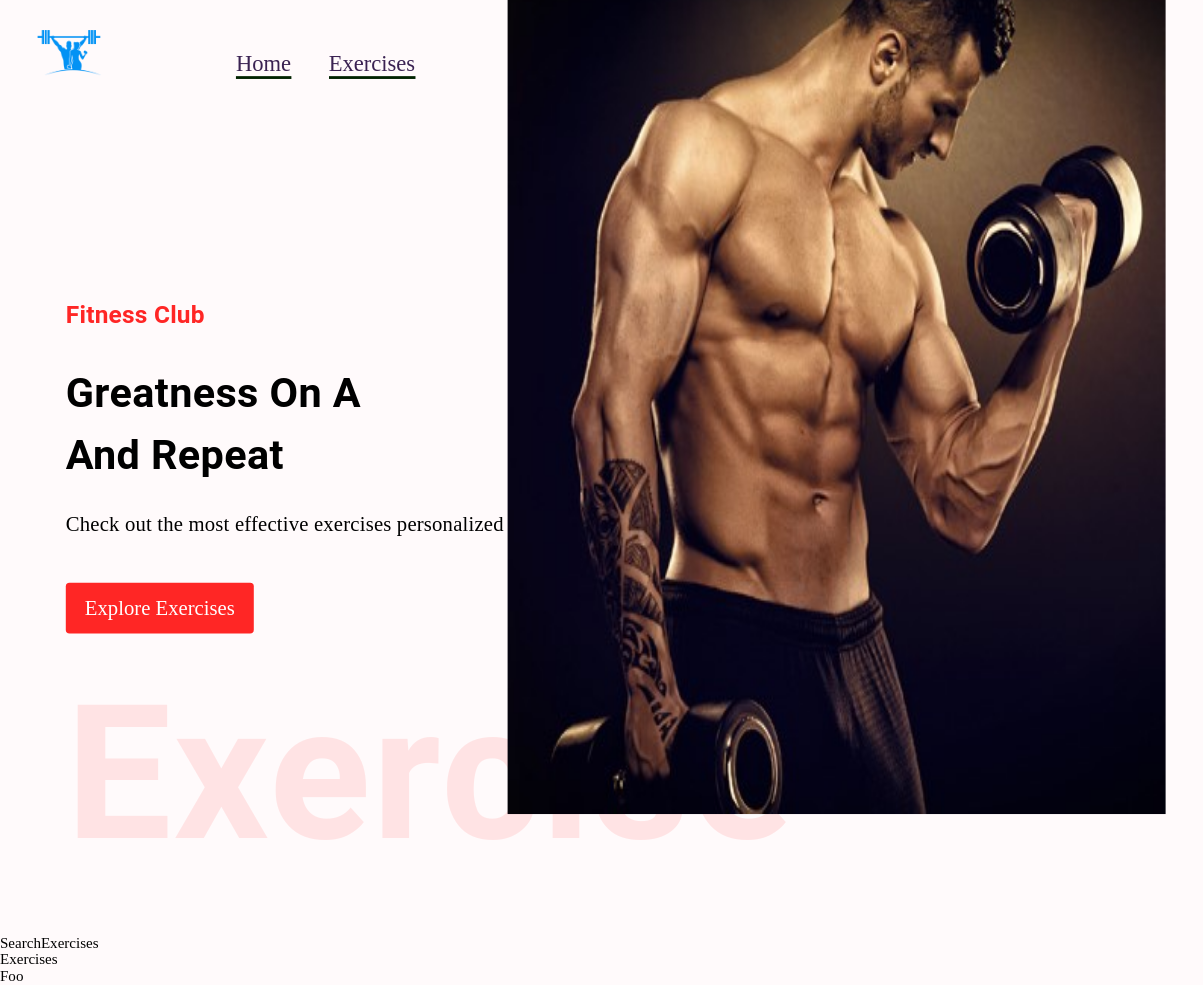
Repository: MhlengiNgubane/Workout-App
Page: /
These files come from the project's save history. The page is drawn as it stood at one moment and after a run of saves; the edit follows.
The browser window is 1280 px wide. The pictures show the whole page, at 94% of full size.
The project was rebuilt for these pictures with package versions that can differ from the ones it lists, and the page was loaded fresh each time. Also part of the build but not shown: src/pages/ExerciseDetail.js.

Above is the page before, as saved 2022-07-31 19:57:26.

### public/index.html
<!DOCTYPE html>
<html lang="en">
  <head>
    <meta charset="utf-8" />
    <link rel="icon" href="%PUBLIC_URL%/favicon.ico" />
    <meta name="viewport" content="width=device-width, initial-scale=1" />
    <meta name="theme-color" content="#000000" />
    <meta
      name="description"
      content="Web site created using create-react-app"
    />
    <link rel="apple-touch-icon" href="%PUBLIC_URL%/logo192.png" />
    <!--
      manifest.json provides metadata used when your web app is installed on a
      user's mobile device or desktop. See https://developers.google.com/web/fundamentals/web-app-manifest/
    -->
    <link rel="manifest" href="%PUBLIC_URL%/manifest.json" />
    <!--
      Notice the use of %PUBLIC_URL% in the tags above.
      It will be replaced with the URL of the `public` folder during the build.
      Only files inside the `public` folder can be referenced from the HTML.

      Unlike "/favicon.ico" or "favicon.ico", "%PUBLIC_URL%/favicon.ico" will
      work correctly both with client-side routing and a non-root public URL.
      Learn how to configure a non-root public URL by running `npm run build`.
    -->
    <title>MSN GYM</title>
  </head>
  <body>
    <noscript>You need to enable JavaScript to run this app.</noscript>
    <div id="root"></div>
    <!--
      This HTML file is a template.
      If you open it directly in the browser, you will see an empty page.

      You can add webfonts, meta tags, or analytics to this file.
      The build step will place the bundled scripts into the <body> tag.

      To begin the development, run `npm start` or `yarn start`.
      To create a production bundle, use `npm run build` or `yarn build`.
    -->
  </body>
</html>

### src/index.js
import React from 'react';
import ReactDOM from 'react-dom';
import App from './App';
import { BrowserRouter } from 'react-router-dom';

const root = ReactDOM.createRoot(document.getElementById('root'));

root.render(
    <React.StrictMode>
      <BrowserRouter>
        <App />
      </BrowserRouter>
    </React.StrictMode>,
  );

### src/components/Navbar.js
import React from 'react';
import { Link } from 'react-router-dom';
import { Stack } from '@mui/material';
import Logo from '../assets/images/Logo.png';

const Navbar = () => (
    <Stack direction="row" justifyContent="space-around" sx={{ gap: { sm: '123px', xs: '40px' }, mt: { sm: '32px', xs: '20px' }, justifyContent: 'none' }} px="20px">
        <Link to="/">
            <img src={Logo} alt="logo" style={{ width: '68px', height: '48px', margin: '0px 20px' }} />
        </Link>
        <Stack
            direction="row"
            gap="40px"
            fontFamily="Alegreya"
            fontSize="24px"
            alignItems="flex-end"
        >
            <Link to="/" style={{ textDecoration: 'none', color: '#3A2252', borderBottom: '3px solid #002300' }}>Home</Link>
            <a href="exercises" style={{ textDecoration: 'none', color: '#3A2252', borderBottom: '3px solid #002300' }}>Exercises</a>
        </Stack>
  </Stack>
);

export default Navbar;

### src/components/Footer.js
import React from 'react';

const Footer = () => {
    return (
        <div>Foo</div>
    )
};

export default Footer;

### src/components/Exercises.js
import React from 'react';

const Exercises = () => {
    return (
        <div>Exercises</div>
    )
};

export default Exercises;

### src/components/SearchExercises.js
import React from 'react';

const SearchExercises = () => {
    return (
        <div>SearchExercises</div>
    )
};

export default SearchExercises;

### src/components/HeroBanner.js
import React from 'react';
import { Box, Stack, Typography } from '@mui/material';

import HeroBannerImage from '../assets/images/banner.png';

const HeroBanner = () => (
  <Box sx={{ mt: { lg: '212px', xs: '70px' }, ml: { sm: '50px' } }} position="relative" p="20px">
    <Typography color="#FF2625" fontWeight="600" fontSize="26px">Fitness Club</Typography>
    <Typography fontWeight={700} sx={{ fontSize: { lg: '44px', xs: '40px' } }} mb="23px" mt="30px">
      Greatness On A <br />
      And Repeat
    </Typography>
    <Typography fontSize="22px" fontFamily="Alegreya" lineHeight="35px">
      Check out the most effective exercises personalized to you
    </Typography>
    <Stack>
      <a href="#exercises" style={{ marginTop: '45px', textDecoration: 'none', width: '200px', textAlign: 'center', background: '#FF2625', padding: '14px', fontSize: '22px', textTransform: 'none', color: 'white', borderRadius: '4px' }}>Explore Exercises</a>
    </Stack>
    <Typography fontWeight={600} color="#FF2625" sx={{ opacity: '0.1', display: { lg: 'block', xs: 'none' }, fontSize: '200px' }}>
      Exercise
    </Typography>
    <img src={HeroBannerImage} alt="hero-banner" className="hero-banner-img" />
  </Box>
);

export default HeroBanner;

Loaded but not shown: src/App.js (common file); src/App.css (common file); src/pages/Home.js (common file)

After the next 4 saves:
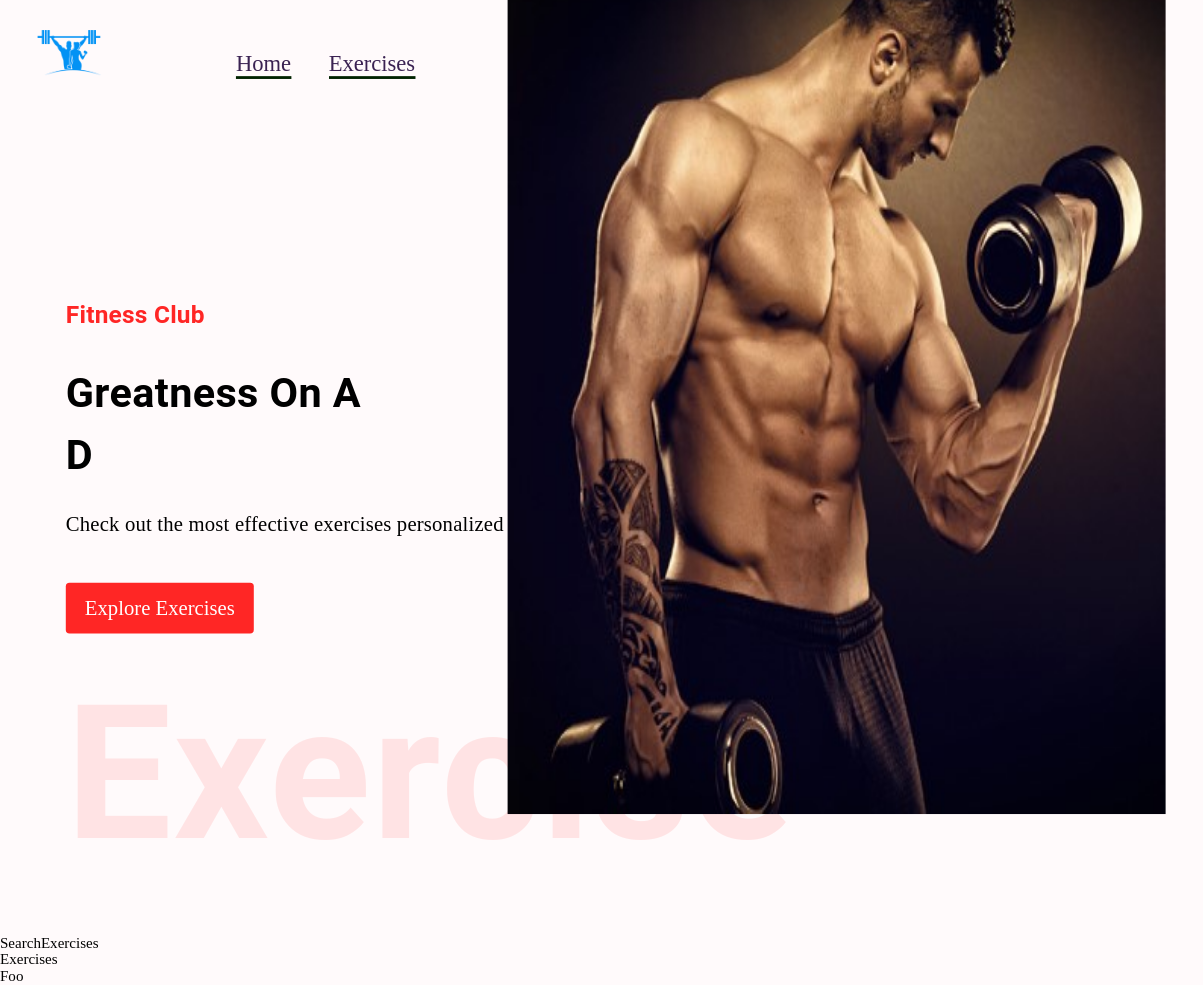
The 4 saves are shown as one change because they came seconds apart.
The last was saved 7 s later.
--- a/src/components/HeroBanner.js
+++ b/src/components/HeroBanner.js
@@ -8,7 +8,7 @@ const HeroBanner = () => (
     <Typography color="#FF2625" fontWeight="600" fontSize="26px">Fitness Club</Typography>
     <Typography fontWeight={700} sx={{ fontSize: { lg: '44px', xs: '40px' } }} mb="23px" mt="30px">
       Greatness On A <br />
-      And Repeat
+      D
     </Typography>
     <Typography fontSize="22px" fontFamily="Alegreya" lineHeight="35px">
       Check out the most effective exercises personalized to you
